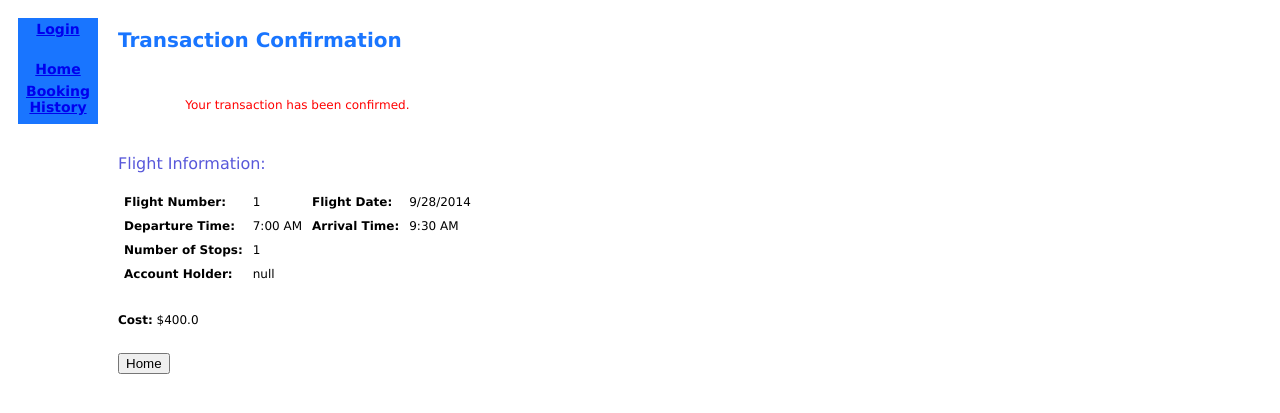
Repository: jliu9000/CSE-464---Flight-Pages
Page: http://localhost/HW1/TransactionConfirmation.jsp
These files come from the project's save history. The page is drawn as it stood at one moment and after the next save; the edit follows.
The browser window is 1280 px wide. The pictures show the whole page.
Some web libraries are served in a nearby version. The page is served by Tomcat 9.

Above is the page before, as saved 2014-09-26 01:13:23.

After the next save:
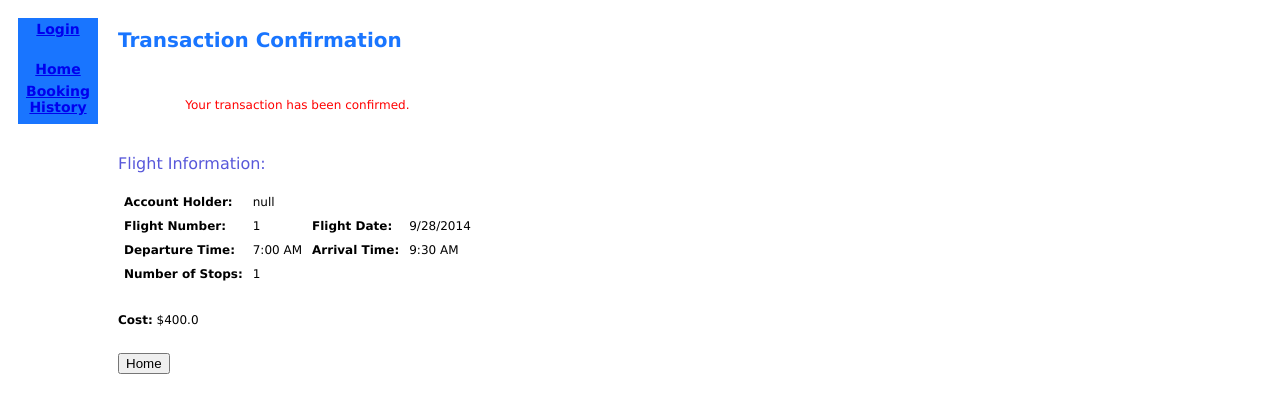
Saved 65 s later.
--- a/HW1/WebContent/TransactionConfirmation.jsp
+++ b/HW1/WebContent/TransactionConfirmation.jsp
@@ -32,6 +32,9 @@
 		<p class='subheading'>Flight Information:</p>
 		<table>
 			<tr>
+				<td class='key'>Account Holder:</td><td><%=request.getParameter("sAccountHolder")%></td>
+			</tr>
+			<tr>
 				<td class='key'>Flight Number: </td><td><%=r.getID() %></td>
 				<td class='key'>Flight Date: </td><td><%=r.getDateOfTravel() %></td>
 			</tr>
@@ -42,9 +45,7 @@
 			<tr>
 				<td class='key'>Number of Stops:</td><td><%=r.getNumberOfStops() %></td>
 			</tr>
-			<tr>
-				<td class='key'>Account Holder:</td><td><%=request.getParameter("sAccountHolder")%></td>
-			</tr>
+
 		</table>
 		<br>
 		<p><b>Cost:</b> $<%=r.getCost() %></p>
